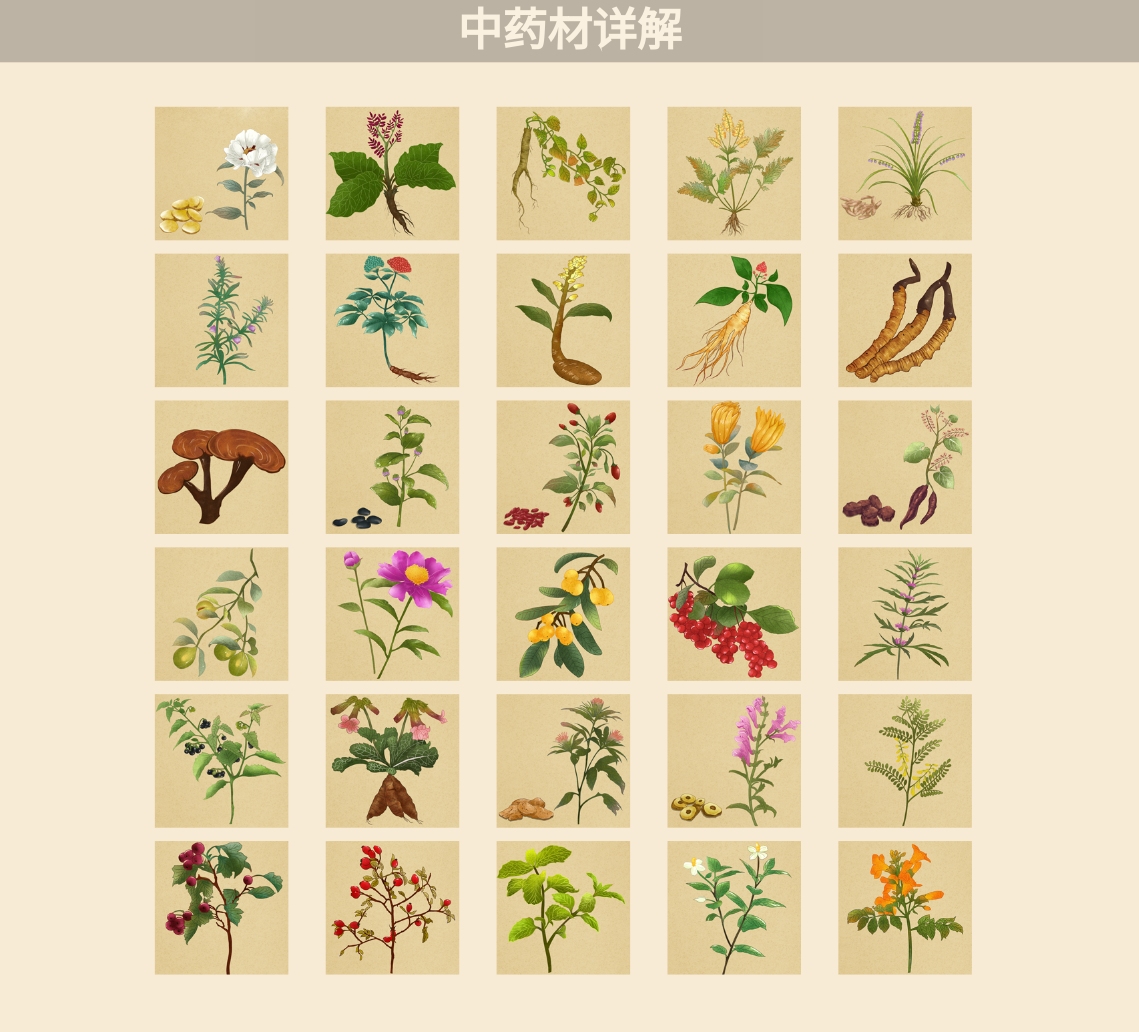
Repository: chjyume/zhongyi
Page: yaocai.html
These files come from the project's save history. The page is drawn as it stood at one moment and after the next save; the edit follows.
The browser window is 1280 px wide. The pictures show the whole page, at 89% of full size.

Above is the page before, as saved 2023-09-11 21:12:11.

### yaocai.html
<!--
	@author: vito
	@startTime: 04 Jan 2019
 -->

<!DOCTYPE html>
<html lang="en">

<head>
	<meta charset="UTF-8">
	<title>3D follow cursor flip</title>
	<link rel="stylesheet" type="text/css" href="css/yaocai.css">
</head>

<body>
	<header class="top-bar">
		<h1>中药材详解</h1>
	</header>
	<section class="container">
		<section class="boxItem">
			<a href="javascript:void(0)"></a>
			<a href="javascript:void(0)"></a>
			<a href="javascript:void(0)"></a>
			<a href="javascript:void(0)"></a>
			<section class="itemContentBox">
				<img src="img/yaocai/y1.png" alt="">
				<section class="itemContent">
					<span>【白芍】</span>
				</section>
				<section class="itemContent">
					<span>性味：味苦，酸，性微寒。</span>
				</section>
				<section class="itemContent">
					<span>归经：归肝，脾经。</span>
				</section>
				<section class="itemContent">
					<span>功效：养血调经，敛阴止汗， 柔肝</span>
				</section>
			</section>
		</section>
		<section class="boxItem">
			<a href="javascript:void(0)"></a>
			<a href="javascript:void(0)"></a>
			<a href="javascript:void(0)"></a>
			<a href="javascript:void(0)"></a>
			<section class="itemContentBox">
				<img src="img/yaocai/y2.png" alt="">
				<section class="itemContent">
					<span>【大黄】</span>
				</section>
				<section class="itemContent">
					<span>性味：味苦，酸，性微寒。</span>
				</section>
				<section class="itemContent">
					<span>归经：归肝，脾经。</span>
				</section>
				<section class="itemContent">
					<span>功效：养血调经，敛阴止汗， 柔肝</span>
				</section>
			</section>
		</section>
		<section class="boxItem">
			<a href="javascript:void(0)"></a>
			<a href="javascript:void(0)"></a>
			<a href="javascript:void(0)"></a>
			<a href="javascript:void(0)"></a>
			<section class="itemContentBox">
				<img src="img/yaocai/y3.png" alt="">
				<section class="itemContent">
					<span>【党参】</span>
				</section>
				<section class="itemContent">
					<span>性味：甘，平。</span>
				</section>
				<section class="itemContent">
					<span>归经：脾，肺经。</span>
				</section>
				<section class="itemContent">
					<span>功效：益气，生津，脾胃虚弱， 气</span>
				</section>
			</section>
		</section>
		<section class="boxItem">
			<a href="javascript:void(0)"></a>
			<a href="javascript:void(0)"></a>
			<a href="javascript:void(0)"></a>
			<a href="javascript:void(0)"></a>
			<section class="itemContentBox">
				<img src="img/yaocai/y4.png" alt="">
				<section class="itemContent">
					<span>【黄连】</span>
				</section>
				<section class="itemContent">
					<span>性味：性寒，味苦。</span>
				</section>
				<section class="itemContent">
					<span>归经：归心，脾，胃，肝，胆， 大</span>
				</section>
				<section class="itemContent">
					<span>功效：清热燥湿，泻火解毒。</span>
				</section>
			</section>
		</section>
		<section class="boxItem">
			<a href="javascript:void(0)"></a>
			<a href="javascript:void(0)"></a>
			<a href="javascript:void(0)"></a>
			<a href="javascript:void(0)"></a>
			<section class="itemContentBox">
				<img src="img/yaocai/y5.png" alt="">
				<section class="itemContent">
					<span>【麦冬】</span>
				</section>
				<section class="itemContent">
					<span>性味：甘，微苦，微寒。</span>
				</section>
				<section class="itemContent">
					<span>归经：归心，肺，胃经。</span>
				</section>
				<section class="itemContent">
					<span>功效：养阴生津，润肺止咳， 用于肺胃阴虚，津少口渴，干咳咯血。</span>
				</section>
			</section>
		</section>
		<section class="boxItem">
			<a href="javascript:void(0)"></a>
			<a href="javascript:void(0)"></a>
			<a href="javascript:void(0)"></a>
			<a href="javascript:void(0)"></a>
			<section class="itemContentBox">
				<img src="img/yaocai/y6.png" alt="">
				<section class="itemContent">
					<span>【迷迭香】</span>
				</section>
				<section class="itemContent">
					<span>性味：辛、性温，无毒。</span>
				</section>
				<section class="itemContent">
					<span>归经：归肺，胃，脾经。</span>
				</section>
				<section class="itemContent">
					<span>功效：镇静安神，提神醒脑， 消毒杀菌。</span>
				</section>
			</section>
		</section>
		<section class="boxItem">
			<a href="javascript:void(0)"></a>
			<a href="javascript:void(0)"></a>
			<a href="javascript:void(0)"></a>
			<a href="javascript:void(0)"></a>
			<section class="itemContentBox">
				<img src="img/yaocai/y7.png" alt="">
				<section class="itemContent">
					<span>【三七】</span>
				</section>
				<section class="itemContent">
					<span>性味：性温，味甘，微苦。</span>
				</section>
				<section class="itemContent">
					<span>归经：归心,肝,脾经。</span>
				</section>
				<section class="itemContent">
					<span>功效：止血补血，抗血栓， 增强免疫。</span>
				</section>
			</section>
		</section>
		<section class="boxItem">
			<a href="javascript:void(0)"></a>
			<a href="javascript:void(0)"></a>
			<a href="javascript:void(0)"></a>
			<a href="javascript:void(0)"></a>
			<section class="itemContentBox">
				<img src="img/yaocai/y8.png" alt="">
				<section class="itemContent">
					<span>【天麻】</span>
				</section>
				<section class="itemContent">
					<span>性味：平，味甘。</span>
				</section>
				<section class="itemContent">
					<span>归经：归肝经。</span>
				</section>
				<section class="itemContent">
					<span>功效：息风止痉，平肝潜阳， 祛风通络。</span>
				</section>
			</section>
		</section>
		<section class="boxItem">
			<a href="javascript:void(0)"></a>
			<a href="javascript:void(0)"></a>
			<a href="javascript:void(0)"></a>
			<a href="javascript:void(0)"></a>
			<section class="itemContentBox">
				<img src="img/yaocai/y9.png" alt="">
				<section class="itemContent">
					<span>【人参】</span>
				</section>
				<section class="itemContent">
					<span>性味：味甘，微苦，性温。</span>
				</section>
				<section class="itemContent">
					<span>归经：归心经。</span>
				</section>
				<section class="itemContent">
					<span>功效：补元气，补脾益肺， 生津，安神。</span>
				</section>
			</section>
		</section>
		<section class="boxItem">
			<a href="javascript:void(0)"></a>
			<a href="javascript:void(0)"></a>
			<a href="javascript:void(0)"></a>
			<a href="javascript:void(0)"></a>
			<section class="itemContentBox">
				<img src="img/yaocai/y10.png" alt="">
				<section class="itemContent">
					<span>【冬虫夏草】</span>
				</section>
				<section class="itemContent">
					<span>性味：性温，味甘。</span>
				</section>
				<section class="itemContent">
					<span>归经：归肝经。</span>
				</section>
				<section class="itemContent">
					<span>功效：具有补虚损，益精气，止咳化痰，抗癌抗老，降血脂等功效。</span>
				</section>
			</section>
		</section>
		<section class="boxItem">
			<a href="javascript:void(0)"></a>
			<a href="javascript:void(0)"></a>
			<a href="javascript:void(0)"></a>
			<a href="javascript:void(0)"></a>
			<section class="itemContentBox">
				<img src="img/yaocai/y11.png" alt="">
				<section class="itemContent">
					<span>【灵芝】</span>
				</section>
				<section class="itemContent">
					<span>性味：味甘，性温。</span>
				</section>
				<section class="itemContent">
					<span>归经：各处。</span>
				</section>
				<section class="itemContent">
					<span>功效：提高免疫力，降血糖，抗癌抗衰老，防心血管病，中风，高血压，护肝解毒。</span>
				</section>
			</section>
		</section>
		<section class="boxItem">
			<a href="javascript:void(0)"></a>
			<a href="javascript:void(0)"></a>
			<a href="javascript:void(0)"></a>
			<a href="javascript:void(0)"></a>
			<section class="itemContentBox">
				<img src="img/yaocai/y12.png" alt="">
				<section class="itemContent">
					<span>【补骨脂】</span>
				</section>
				<section class="itemContent">
					<span>性味：苦，辛，温。</span>
				</section>
				<section class="itemContent">
					<span>归经：归肾，脾经。</span>
				</section>
				<section class="itemContent">
					<span>功效：补肾壮阳，固精缩尿， 肾虚腰痛，小儿遗尿，纳气平喘，温脾止泻，肾漏。</span>
				</section>
			</section>
		</section>
		<section class="boxItem">
			<a href="javascript:void(0)"></a>
			<a href="javascript:void(0)"></a>
			<a href="javascript:void(0)"></a>
			<a href="javascript:void(0)"></a>
			<section class="itemContentBox">
				<img src="img/yaocai/y13.png" alt="">
				<section class="itemContent">
					<span>《Music Voyager》</span>
				</section>
				<section class="itemContent">
					<span>10 Apr 2003</span>
				</section>
				<section class="itemContent">
					<span>总11首</span>
				</section>
				<section class="itemContent">
					<span>《乐行者》</span>
				</section>
			</section>
		</section>
		<section class="boxItem">
			<a href="javascript:void(0)"></a>
			<a href="javascript:void(0)"></a>
			<a href="javascript:void(0)"></a>
			<a href="javascript:void(0)"></a>
			<section class="itemContentBox">
				<img src="img/yaocai/y14.png" alt="">
				<section class="itemContent">
					<span>《Music Voyager》</span>
				</section>
				<section class="itemContent">
					<span>10 Apr 2003</span>
				</section>
				<section class="itemContent">
					<span>总11首</span>
				</section>
				<section class="itemContent">
					<span>《乐行者》</span>
				</section>
			</section>
		</section>
		<section class="boxItem">
			<a href="javascript:void(0)"></a>
			<a href="javascript:void(0)"></a>
			<a href="javascript:void(0)"></a>
			<a href="javascript:void(0)"></a>
			<section class="itemContentBox">
				<img src="img/yaocai/y15.png" alt="">
				<section class="itemContent">
					<span>《Music Voyager》</span>
				</section>
				<section class="itemContent">
					<span>10 Apr 2003</span>
				</section>
				<section class="itemContent">
					<span>总11首</span>
				</section>
				<section class="itemContent">
					<span>《乐行者》</span>
				</section>
			</section>
		</section>
		<section class="boxItem">
			<a href="javascript:void(0)"></a>
			<a href="javascript:void(0)"></a>
			<a href="javascript:void(0)"></a>
			<a href="javascript:void(0)"></a>
			<section class="itemContentBox">
				<img src="img/yaocai/y16.png" alt="">
				<section class="itemContent">
					<span>《Music Voyager》</span>
				</section>
				<section class="itemContent">
					<span>10 Apr 2003</span>
				</section>
				<section class="itemContent">
					<span>总11首</span>
				</section>
				<section class="itemContent">
					<span>《乐行者》</span>
				</section>
			</section>
		</section>
		<section class="boxItem">
			<a href="javascript:void(0)"></a>
			<a href="javascript:void(0)"></a>
			<a href="javascript:void(0)"></a>
			<a href="javascript:void(0)"></a>
			<section class="itemContentBox">
				<img src="img/yaocai/y17.png" alt="">
				<section class="itemContent">
					<span>《Music Voyager》</span>
				</section>
				<section class="itemContent">
					<span>10 Apr 2003</span>
				</section>
				<section class="itemContent">
					<span>总11首</span>
				</section>
				<section class="itemContent">
					<span>《乐行者》</span>
				</section>
			</section>
		</section>
		<section class="boxItem">
			<a href="javascript:void(0)"></a>
			<a href="javascript:void(0)"></a>
			<a href="javascript:void(0)"></a>
			<a href="javascript:void(0)"></a>
			<section class="itemContentBox">
				<img src="img/yaocai/y18.png" alt="">
				<section class="itemContent">
					<span>《Music Voyager》</span>
				</section>
				<section class="itemContent">
					<span>10 Apr 2003</span>
				</section>
				<section class="itemContent">
					<span>总11首</span>
				</section>
				<section class="itemContent">
					<span>《乐行者》</span>
				</section>
			</section>
		</section>
		<section class="boxItem">
			<a href="javascript:void(0)"></a>
			<a href="javascript:void(0)"></a>
			<a href="javascript:void(0)"></a>
			<a href="javascript:void(0)"></a>
			<section class="itemContentBox">
				<img src="img/yaocai/y19.png" alt="">
				<section class="itemContent">
					<span>《Music Voyager》</span>
				</section>
				<section class="itemContent">
					<span>10 Apr 2003</span>
				</section>
				<section class="itemContent">
					<span>总11首</span>
				</section>
				<section class="itemContent">
					<span>《乐行者》</span>
				</section>
			</section>
		</section>
		<section class="boxItem">
			<a href="javascript:void(0)"></a>
			<a href="javascript:void(0)"></a>
			<a href="javascript:void(0)"></a>
			<a href="javascript:void(0)"></a>
			<section class="itemContentBox">
				<img src="img/yaocai/y20.png" alt="">
				<section class="itemContent">
					<span>《Music Voyager》</span>
				</section>
				<section class="itemContent">
					<span>10 Apr 2003</span>
				</section>
				<section class="itemContent">
					<span>总11首</span>
				</section>
				<section class="itemContent">
					<span>《乐行者》</span>
				</section>
			</section>
		</section>
		<section class="boxItem">
			<a href="javascript:void(0)"></a>
			<a href="javascript:void(0)"></a>
			<a href="javascript:void(0)"></a>
			<a href="javascript:void(0)"></a>
			<section class="itemContentBox">
				<img src="img/yaocai/y21.png" alt="">
				<section class="itemContent">
					<span>《Music Voyager》</span>
				</section>
				<section class="itemContent">
					<span>10 Apr 2003</span>
				</section>
				<section class="itemContent">
					<span>总11首</span>
				</section>
				<section class="itemContent">
					<span>《乐行者》</span>
				</section>
			</section>
		</section>
		<section class="boxItem">
			<a href="javascript:void(0)"></a>
			<a href="javascript:void(0)"></a>
			<a href="javascript:void(0)"></a>
			<a href="javascript:void(0)"></a>
			<section class="itemContentBox">
				<img src="img/yaocai/y22.png" alt="">
				<section class="itemContent">
					<span>《Music Voyager》</span>
				</section>
				<section class="itemContent">
					<span>10 Apr 2003</span>
				</section>
				<section class="itemContent">
					<span>总11首</span>
				</section>
				<section class="itemContent">
					<span>《乐行者》</span>
				</section>
			</section>
		</section>
		<section class="boxItem">
			<a href="javascript:void(0)"></a>
			<a href="javascript:void(0)"></a>
			<a href="javascript:void(0)"></a>
			<a href="javascript:void(0)"></a>
			<section class="itemContentBox">
				<img src="img/yaocai/y23.png" alt="">
				<section class="itemContent">
					<span>《Music Voyager》</span>
				</section>
				<section class="itemContent">
					<span>10 Apr 2003</span>
				</section>
				<section class="itemContent">
					<span>总11首</span>
				</section>
				<section class="itemContent">
					<span>《乐行者》</span>
				</section>
			</section>
		</section>
		<section class="boxItem">
			<a href="javascript:void(0)"></a>
			<a href="javascript:void(0)"></a>
			<a href="javascript:void(0)"></a>
			<a href="javascript:void(0)"></a>
			<section class="itemContentBox">
				<img src="img/yaocai/y24.png" alt="">
				<section class="itemContent">
					<span>《Hevan》</span>
				</section>
				<section class="itemContent">
					<span>04 Jun 2004</span>
				</section>
				<section class="itemContent">
					<span>总15首</span>
				</section>
				<section class="itemContent">
					<span>《第二天堂》</span>
				</section>
			</section>
		</section>

		<section class="boxItem">
			<a href="javascript:void(0)"></a>
			<a href="javascript:void(0)"></a>
			<a href="javascript:void(0)"></a>
			<a href="javascript:void(0)"></a>
			<section class="itemContentBox">
				<img src="img/yaocai/y25.png" alt="">
				<section class="itemContent">
					<span>《Cao Cao》</span>
				</section>
				<section class="itemContent">
					<span>17 Feb 2006</span>
				</section>
				<section class="itemContent">
					<span>总11首</span>
				</section>
				<section class="itemContent">
					<span>《曹操》</span>
				</section>
			</section>
		</section>
		<section class="boxItem">
			<a href="javascript:void(0)"></a>
			<a href="javascript:void(0)"></a>
			<a href="javascript:void(0)"></a>
			<a href="javascript:void(0)"></a>
			<section class="itemContentBox">
				<img src="img/yaocai/y26.png" alt="">
				<section class="itemContent">
					<span>《Westside》</span>
				</section>
				<section class="itemContent">
					<span>29 Jun 2007</span>
				</section>
				<section class="itemContent">
					<span>总13首</span>
				</section>
				<section class="itemContent">
					<span>《西界》</span>
				</section>
			</section>
		</section>
		<section class="boxItem">
			<a href="javascript:void(0)"></a>
			<a href="javascript:void(0)"></a>
			<a href="javascript:void(0)"></a>
			<a href="javascript:void(0)"></a>
			<section class="itemContentBox">
				<img src="img/yaocai/y27.png" alt="">
				<section class="itemContent">
					<span>《Sixology》</span>
				</section>
				<section class="itemContent">
					<span>18 Oct 2008</span>
				</section>
				<section class="itemContent">
					<span>总14首</span>
				</section>
				<section class="itemContent">
					<span>《JJ陆》</span>
				</section>
			</section>
		</section>
		<section class="boxItem">
			<a href="javascript:void(0)"></a>
			<a href="javascript:void(0)"></a>
			<a href="javascript:void(0)"></a>
			<a href="javascript:void(0)"></a>
			<section class="itemContentBox">
				<img src="img/yaocai/y28.png" alt="">
				<section class="itemContent">
					<span>《Hundred Days》</span>
				</section>
				<section class="itemContent">
					<span>18 Dec 2009</span>
				</section>
				<section class="itemContent">
					<span>总13首</span>
				</section>
				<section class="itemContent">
					<span>《100天》</span>
				</section>
			</section>
		</section>
		<section class="boxItem">
			<a href="javascript:void(0)"></a>
			<a href="javascript:void(0)"></a>
			<a href="javascript:void(0)"></a>
			<a href="javascript:void(0)"></a>
			<section class="itemContentBox">
				<img src="img/yaocai/y29.png" alt="">
				<section class="itemContent">
					<span>《She Says》</span>
				</section>
				<section class="itemContent">
					<span>16 Nov 2010</span>
				</section>
				<section class="itemContent">
					<span>孙燕姿</span>
				</section>
				<section class="itemContent">
					<span>《她说》</span>
				</section>
			</section>
		</section>
		<section class="boxItem">
			<a href="javascript:void(0)"></a>
			<a href="javascript:void(0)"></a>
			<a href="javascript:void(0)"></a>
			<a href="javascript:void(0)"></a>
			<section class="itemContentBox">
				<img src="img/yaocai/y30.png" alt="">
				<section class="itemContent">
					<span>《Lost N Found》</span>
				</section>
				<section class="itemContent">
					<span>31 Dec 2011</span>
				</section>
				<section class="itemContent">
					<span>总12首</span>
				</section>
				<section class="itemContent">
					<span>《学不会》</span>
				</section>
			</section>
		</section>


	</section>
</body>

</html>

### css/yaocai.css
body{
    font-size: 16px;
    -webkit-font-smoothing: antialiased;
    -moz-osx-font-smoothing: grayscale;
    background-color:rgb(248,235,213);
}
*{
  margin: 0;
  padding: 0;
  border: 0;
  vertical-align: baseline;
  box-sizing: border-box;
  font-family: 'Proxima Nova';
}
/* HTML5 display-role reset for older browsers */
.top-bar {
  background-color: #333333;
  color: #fff;
  padding: 10px;
  text-align: center;
  opacity: 0.3;
}

.top-bar h1 {
  font-size: 7vh;
  margin: 0;
}
article, aside, details, figcaption, figure,
footer, header, hgroup, menu, nav, section {
  display: block;
}
body {
  line-height: 1;
}
ol, ul {
  list-style: none;
}
blockquote, q {
  quotes: none;
}
blockquote:before, blockquote:after,
q:before, q:after {
  content: '';
  content: none;
}
input{
  font-family: 'Proxima Nova';
}
table {
  border-collapse: collapse;
  border-spacing: 0;
}
a {
  text-decoration:none;
  font-size: 16px;
  color: #333;
  /* 取消点击时背景色 */
    -webkit-tap-highlight-color: transparent;
  -webkit-user-select: none;
  -moz-user-focus: none;
  -moz-user-select: none;
}
/* custom css */
div:active,section:active{
  -webkit-tap-highlight-color: transparent;
  -o-tap-highlight-color: transparent;
  -moz-tap-highlight-color: transparent;
}
.clearfix{
  zoom: 1;
}
.clearfix:after{
  display:block;
  clear:both;
  content:"";
  visibility:hidden;
  height:0;

}


.container {
  width: 75%;
  margin: 50px auto;
  display: flex;
  flex-flow: row wrap;
  align-items: center;
  justify-content: space-around;
}
.container .boxItem {
  width: 150px;
  height: 150px;
  position: relative;
  margin: 0 15px 15px 0;
}
.container .boxItem > a {
  position: absolute;
  display: block;
  width: 100%;
  height: 100%;
  z-index: 10;
}
.container .boxItem > a:first-of-type:hover,
.container .boxItem > a:nth-child(2):hover,
.container .boxItem > a:nth-child(3):hover,
.container .boxItem > a:last-of-type:hover {
  z-index: 11;
  -moz-clip-path: none;
  -webkit-clip-path: none;
  clip-path: none;
  clip: auto;
}
.container .boxItem > a:first-of-type {
  -moz-clip-path: polygon(0 0, 100% 0, 50% 50%);
  -webkit-clip-path: polygon(0 0, 100% 0, 50% 50%);
  clip-path: polygon(0 0, 100% 0, 50% 50%);
  clip: rect(0px,150px,120px,0px);
}
.container .boxItem > a:first-of-type:hover ~ .itemContentBox > img {
  -moz-transform: rotateX(-90deg);
  -webkit-transform: rotateX(-90deg);
  transform: rotateX(-90deg);
}
.container .boxItem > a:first-of-type:hover ~ .itemContentBox .itemContent:first-of-type {
  -moz-transform: rotateX(0);
  -webkit-transform: rotateX(0);
  transform: rotateX(0);
  opacity: 1;
}
.container .boxItem > a:nth-child(2) {
  -moz-clip-path: polygon(100% 0, 50% 50%, 100% 100%);
  -webkit-clip-path: polygon(100% 0, 50% 50%, 100% 100%);
  clip-path: polygon(100% 0, 50% 50%, 100% 100%);
  clip: rect(0px,150px,150px,120px);
}
.container .boxItem > a:nth-child(2):hover ~ .itemContentBox > img {
  -moz-transform: rotateY(-90deg);
  -webkit-transform: rotateY(-90deg);
  transform: rotateY(-90deg);
}
.container .boxItem > a:nth-child(2):hover ~ .itemContentBox .itemContent:nth-of-type(2) {
  -moz-transform: rotateY(0);
  -webkit-transform: rotateY(0);
  transform: rotateY(0);
  opacity: 1;
}
.container .boxItem > a:nth-child(3) {
  -moz-clip-path: polygon(0 100%, 50% 50%, 100% 100%);
  -webkit-clip-path: polygon(0 100%, 50% 50%, 100% 100%);
  clip-path: polygon(0 100%, 50% 50%, 100% 100%);
  clip: rect(120px,150px,150px,0px);
}
.container .boxItem > a:nth-child(3):hover ~ .itemContentBox > img {
  -moz-transform: rotateX(90deg);
  -webkit-transform: rotateX(90deg);
  transform: rotateX(90deg);
}
.container .boxItem > a:nth-child(3):hover ~ .itemContentBox .itemContent:nth-of-type(3) {
  -moz-transform: rotateX(0);
  -webkit-transform: rotateX(0);
  transform: rotateX(0);
  opacity: 1;
}
.container .boxItem > a:last-of-type {
  -moz-clip-path: polygon(0 0, 50% 50%, 0 100%);
  -webkit-clip-path: polygon(0 0, 50% 50%, 0 100%);
  clip-path: polygon(0 0, 50% 50%, 0 100%);
  clip: rect(0px,30px,150px,0px);
}
.container .boxItem > a:last-of-type:hover ~ .itemContentBox > img {
  -moz-transform: rotateY(90deg);
  -webkit-transform: rotateY(90deg);
  transform: rotateY(90deg);
}
.container .boxItem > a:last-of-type:hover ~ .itemContentBox .itemContent:last-of-type {
  -moz-transform: rotateY(0);
  -webkit-transform: rotateY(0);
  transform: rotateY(0);
  opacity: 1;
}
.container .boxItem .itemContentBox {
  width: 100%;
  height: 100%;
  position: absolute;
}
.container .boxItem .itemContentBox > img {
  width: 100%;
  height: 100%;
  position: absolute;
  z-index: 2;
  /*transform-style: preserve-3d;*/
  transition: all 0.3s linear;
  transform-origin: center center -75px;
}
.container .boxItem .itemContentBox .itemContent {
  position: absolute;
  width: 100%;
  height: 100%;
  background-color: #928f8f;
  text-align: center;
  transform-style: preserve-3d;
  transform-origin: center center -75px;
  color: #fff;
  transition: all 0.3s linear;
  display: flex;
  flex-flow: column;
  align-items: center;
  opacity: .2;
}
.container .boxItem .itemContentBox .itemContent > span {
  transform: translateY(60px);
}
.container .boxItem .itemContentBox .itemContent:first-of-type {
  transform: rotateX(90deg);
}
.container .boxItem .itemContentBox .itemContent:nth-of-type(2) {
  transform: rotateY(90deg);
}
.container .boxItem .itemContentBox .itemContent:nth-of-type(3) {
  transform: rotateX(-90deg);
}
.container .boxItem .itemContentBox .itemContent:last-of-type {
  transform: rotateY(-90deg);
}

After the next save:
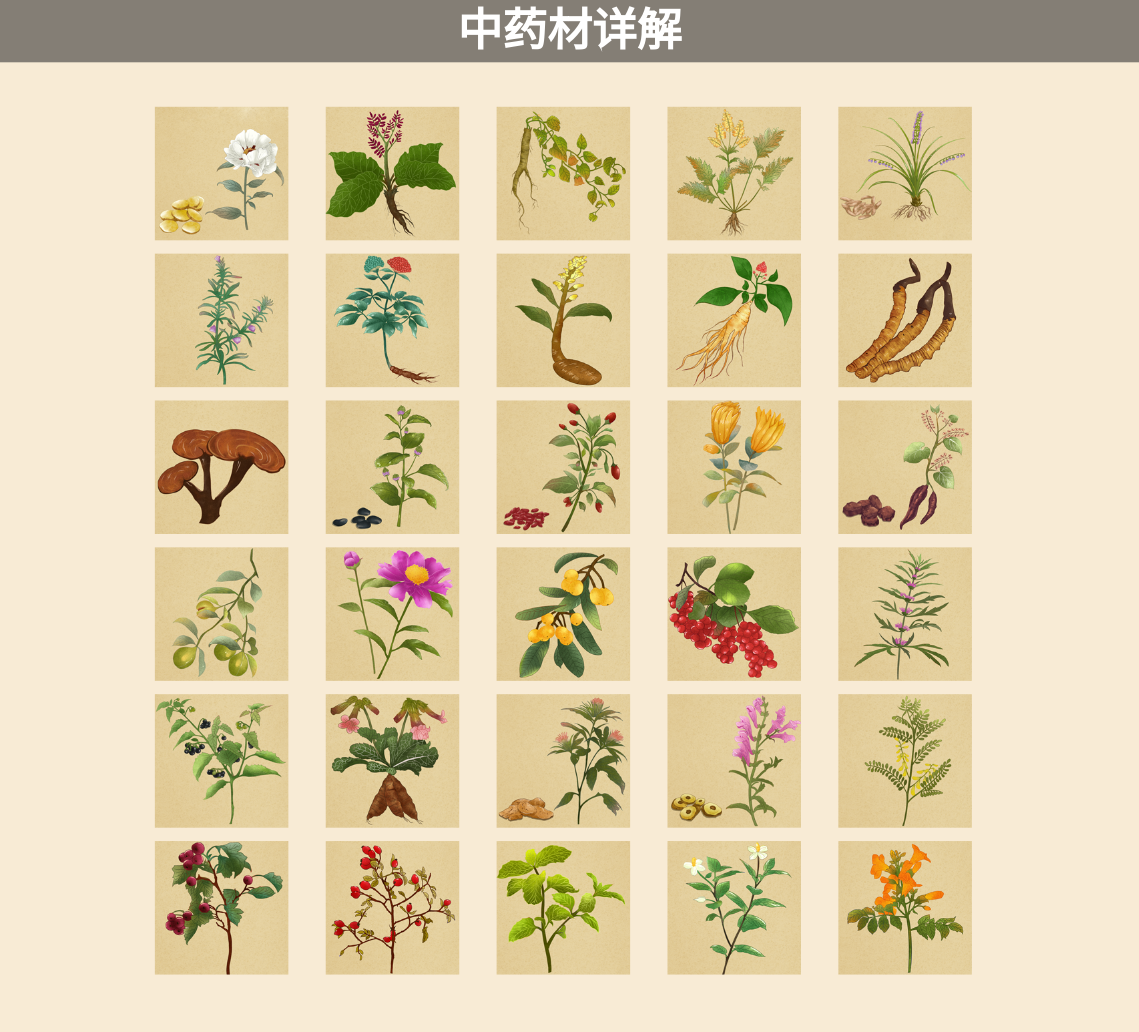
Saved 10 s later.
--- a/css/yaocai.css
+++ b/css/yaocai.css
@@ -14,11 +14,11 @@ body{
 }
 /* HTML5 display-role reset for older browsers */
 .top-bar {
-  background-color: #333333;
+  background-color: #33333395;
   color: #fff;
   padding: 10px;
   text-align: center;
-  opacity: 0.3;
+
 }
 
 .top-bar h1 {
